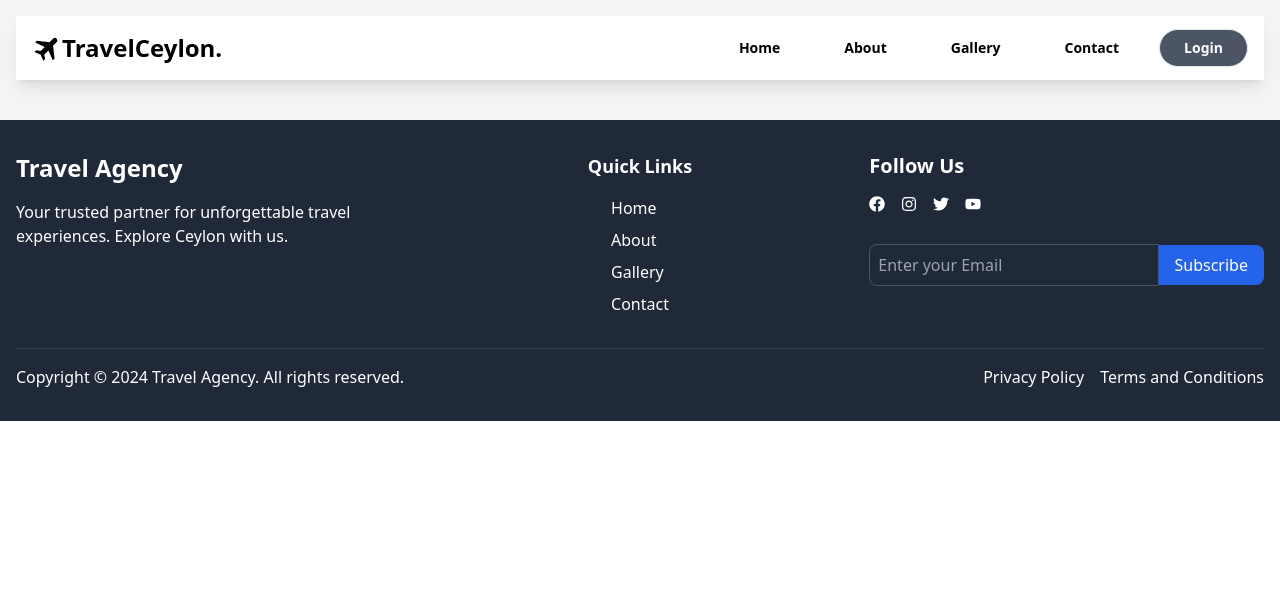
Repository: thisara199/Travel-Agency-Website
Page: /gallery
An editor plug-in stored every save of this project. The page is shown before and after the next save, followed by the edit.
The browser window is 1280 px wide. The pictures show the whole page.
The project was rebuilt for these pictures with package versions that can differ from the ones it lists, and the page was loaded fresh each time. Also part of the build but not shown: vite.config.js, src/components/HeroSection/HeroSection.jsx, src/components/FeaturedDestination/FeaturedDestination.jsx, src/components/Testimonials/Testimonials.jsx, src/components/Banner/Banner.jsx, src/pages/Home.jsx, src/components/TeamMembers/TeamMembers.jsx, src/pages/About.jsx and 1 more.

Above is the page before, as saved 2024-09-04 19:53:49.

After the next save:
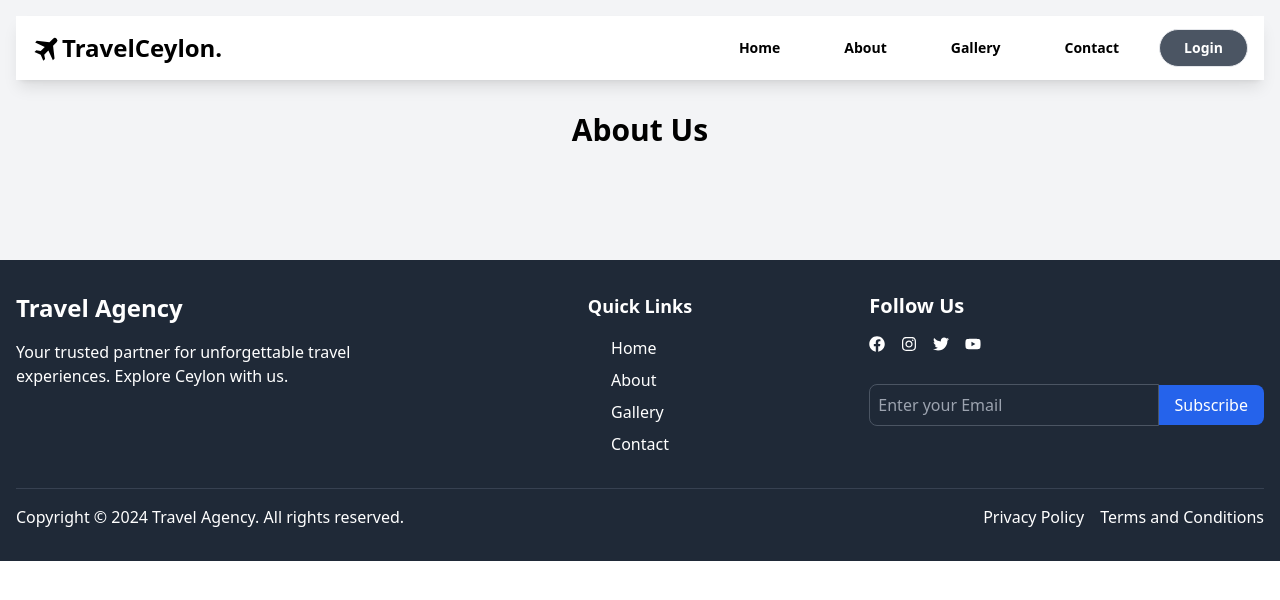
Saved 15 s later.
--- a/src/pages/Gallery.jsx
+++ b/src/pages/Gallery.jsx
@@ -4,7 +4,7 @@ const Gallery = () => {
   return (
     <div className="py-12 bg-gray-100">
       <div className="container px-4 mx-auto">
-        <h1>Gallery</h1>
+      <h2 className="my-16 text-3xl font-bold text-center">About Us</h2>
       </div>
     </div>
   )
